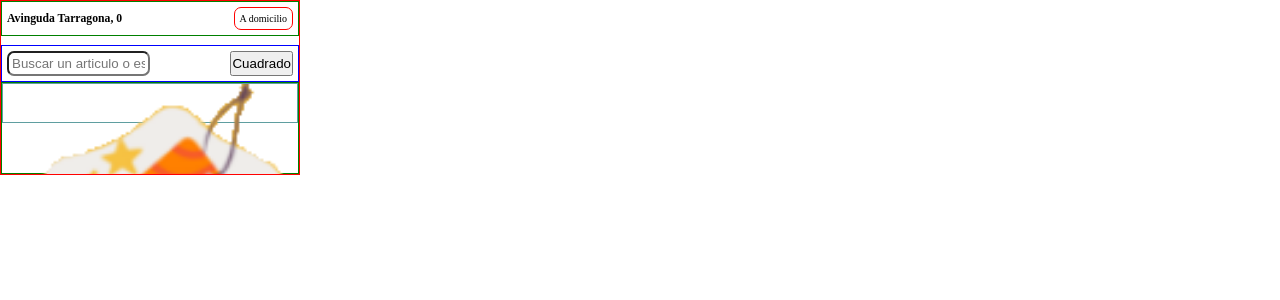
Repository: Srpinedaa/justEat
Page: index.html
These files come from the project's save history. The page is drawn as it stood at one moment and after the next save; the edit follows.
The browser window is 1280 px wide. The pictures show the whole page.

Above is the page before, as saved 2024-09-26 16:22:09.

### index.html
<!DOCTYPE html>
<html lang="en">

<head>
    <meta charset="UTF-8">
    <meta name="viewport" content="width=, initial-scale=1.0">
    <title>Just Eat</title>
    <link rel="stylesheet" href="css/estilos.css">
</head>

<body>
    <div id="all">
        <header>
            <div id="navDireccion">
                <h3 class = "direccion">Avinguda Tarragona, 0</h3>
                <div class= "formaPedido">
                    <p>A domicilio</p>
                </div>
            </div>

            <div id="navBuscador">
                <input type="text" placeholder="Buscar un articulo o establecimiento">
                <button>Cuadrado</button>
            </div>
        </header>
        <main>
            <div id = "contenido">
                <div id="slideShow">
                    <img src="img/descuento.png" alt="descuentos">
                </div>
                <!-- <div id="bloque1">
                    <section class="bloque1Sesion1">
                        <h4>¿Que te apetece hoy?</h4>
                        <h4><a href="#">ver todo</a></h4>
                    </section>
                    <section class="bloque1Sesion2">
                        <div class="fotoComida"> <img src="img/ofertas.png" alt="ofertas"></div>
                        <div class="fotoComida"> <img src="img/italiana.png" alt="italiana"></div>
                        <div class="fotoComida"> <img src="img/kebab.png" alt="kebab"></div>
                        <div class="fotoComida"> <img src="img/pizza.png" alt="pizza"></div>
                    </section>
                </div>
                <div id="bloque2">
                    <section></section>
                </div>
                <div id="bloque3">
                    <h2>Pedir en 3 locales</h2>
                    <section class="bloquePedidos">
                        <div class="pedido">
                            <div class="imagenPedido">
                                <img src="img/54546.jpg" alt="pizza">
                            </div>
                            <div class="informacionPedido">
                                <h5>Telepiza Tarrega</h5>
                                <p>4.0(27)</p>
                                <p>Pizza, italiana</p>
                                <p>25-40 mins 1.95€ entrega Min 13.95€</p>
                                <p>20% de descuentos en articulos selecionados</p>
                            </div>
                        </div>
                        <div class="pedido">
                            <div class="imagenPedido">
                                <img src="img/54546.jpg" alt="pizza">
                            </div>
                            <div class="informacionPedido">
                                <h5>Bon sabor</h5>
                                <p>4.5(26)</p>
                                <p>Kebab, pizza</p>
                            </div>
                        </div>
                        <div class="pedido">
                            <div class="imagenPedido">
                                <img src="img/54546.jpg" alt="pizza">
                            </div>
                            <div class="informacionPedido">
                                <h5>Doner Kebab Rey</h5>
                                <p>3.7(3)</p>
                                <p>Kebab, pizza</p>
                                <p>1.6km</p>
                            </div> -->
                        </div>
                    </section>
                </div>
            </div>
        </main>
        <footer></footer>
    </div>
</body>

</html>

### css/estilos.css
*{
    margin: 0;
    padding: 0;
    box-sizing: border-box;
}

html{
    font-size: 62.5%;
    width: 30rem;
}

#all{
    border: 1px solid red;
    overflow: hidden;

}

#navDireccion{
    border: 1px solid green;
    display: flex;
    justify-content: space-between;
    margin-bottom: 9px;
    padding: 5px;
    align-items: center;
}


#slideShow{
    width: 100%;
    height: 4rem;
    margin-bottom: 5rem;
    border: 1px solid cadetblue;
}

#slideShow img{
    width: 100%;
}

.formaPedido{
    border: 1px solid red;
    border-radius: 7px;
    padding: 5px;
}

#navBuscador{
    padding: 5px;
    border: 1px solid blue;
    display: flex;
    justify-content: space-between;
}

#navBuscador input{
    width: 50%;
    border-radius: 7px;
    padding: 3px;
}

#navBuscador button{

}

.buscador{
    border: 1px solid red;
    border-radius: 7px;
    padding: 5px;
}

#contenido{
    border: 1px solid green;
}

#bloque1{
    border: 1px solid blue;
    display: flex;
    flex-direction: column;
}

.bloque1Sesion1{
    border: 1px solid pink;
    display: flex;
    justify-content: space-between;
}

/* .bloque1Sesion2{
    border: 1px solid brown;
    display: flex;
    flex-direction: row;
} */

.fotoComida{
    border: 1px solid green;
    width: 1rem;

}

After the next save:
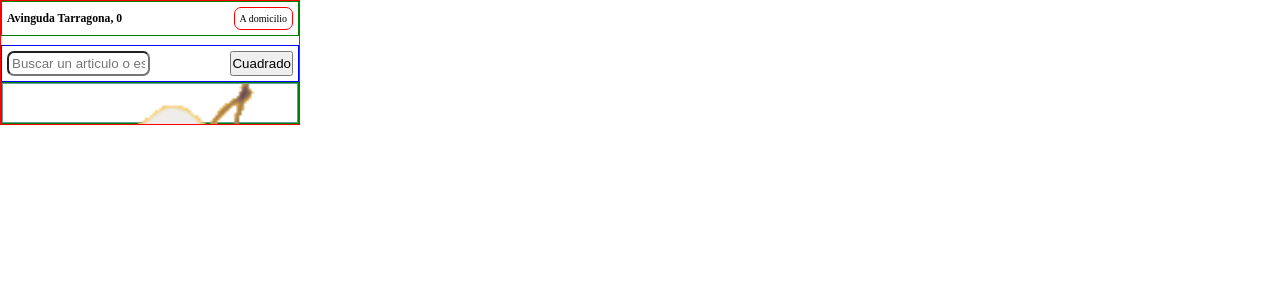
Saved 7 s later.
--- a/css/estilos.css
+++ b/css/estilos.css
@@ -28,7 +28,7 @@
 #slideShow{
     width: 100%;
     height: 4rem;
-    margin-bottom: 5rem;
+    /* margin-bottom: 5rem; */
     border: 1px solid cadetblue;
 }
 
